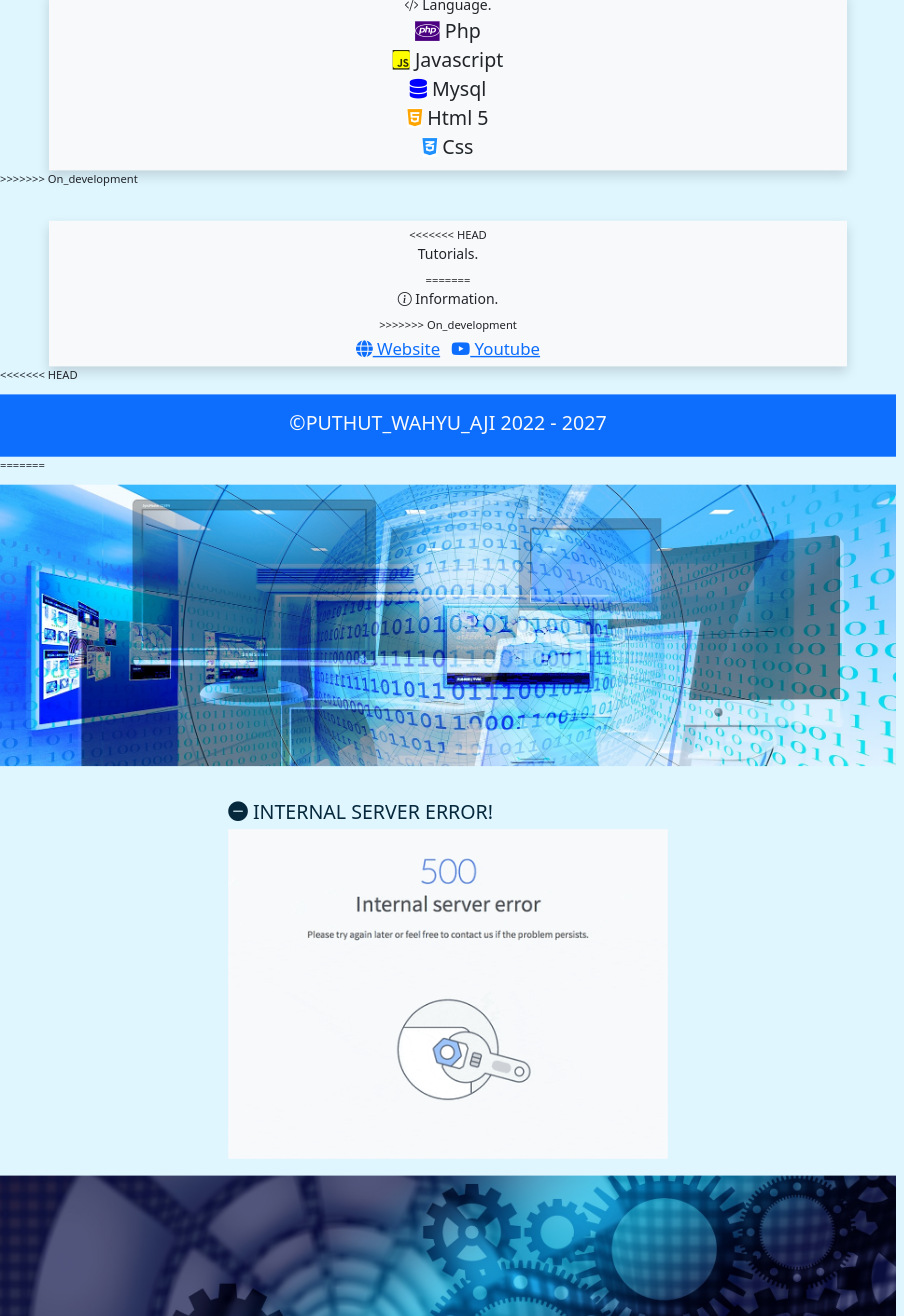
Repository: initer3737/initer3737.github.io
Page: index.html
An editor plug-in stored every save of this project. The page is shown before and after a run of saves, followed by the edit.
The browser window is 1280 px wide. The page is 1292 px wide, so the pictures cover 1292 px, including what lies to the right of the window. The pictures show the part of the page from y = 998 to 2878 px (the page is 3484 px tall before and 3340 px after), at 70% of full size.
Some web libraries are served in a nearby version.

Above is the page before, as saved 2022-06-12 08:44:57.

After the next 2 saves:
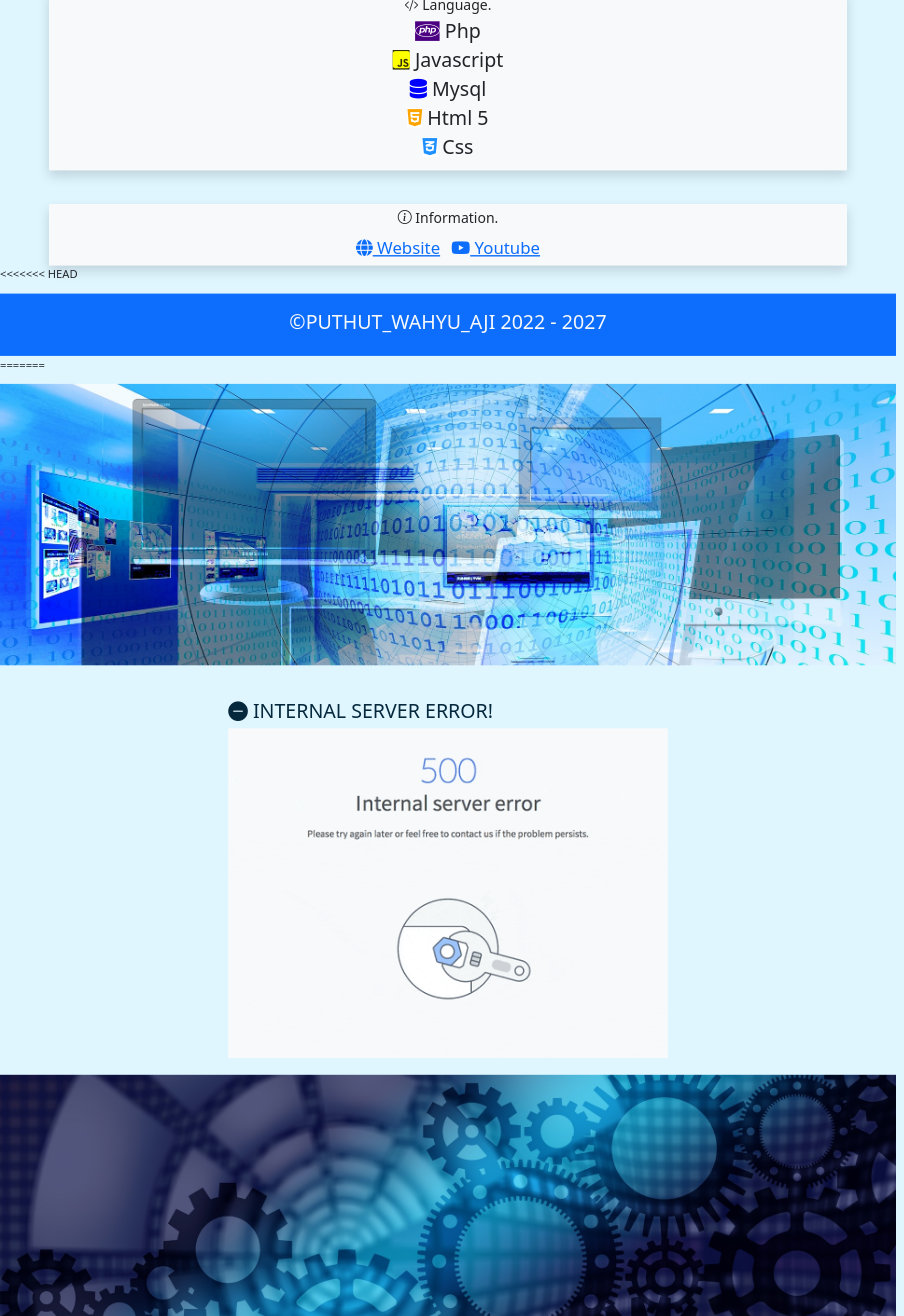
The 2 saves are shown as one change because they came seconds apart.
The last was saved 7 s later.
--- a/index.html
+++ b/index.html
@@ -71,20 +71,12 @@
                 <a href="https://www.upwork.com/workwith/puthutwahyuaji" target="_blank"><i class="fa-solid fa-briefcase"></i> upwork.com</a>
                 <a href="https://www.fiverr.com/share/lYqN8j" target="_blank"><i class="fa-solid fa-briefcase"></i> fiver.com</a>
             </div>
-<<<<<<< HEAD
-            </div>
-=======
             </div> -->
->>>>>>> on_development
 
     </div>
 
     <div class="container bg-light shadow mt-5 d-flex flex-column gap-1 justify-content-center align-content-center align-items-center p-2">
-<<<<<<< HEAD
-        <h5>tutorials.</h5>
-=======
         <h5><i class="bi bi-info-circle"></i> information.</h5>
->>>>>>> on_development
         <div class="fs-4 d-flex gap-3">
             <a href="https://initer3737.github.io/course/html/pages/course.html" target="_blank"><i class="fa-solid fa-globe"></i> website</a>
             <a href="https://www.youtube.com/channel/UClsfa0LkA3_YMsFjW1M__sw" target="_blank"><i class="fa-brands fa-youtube"></i> youtube</a>
